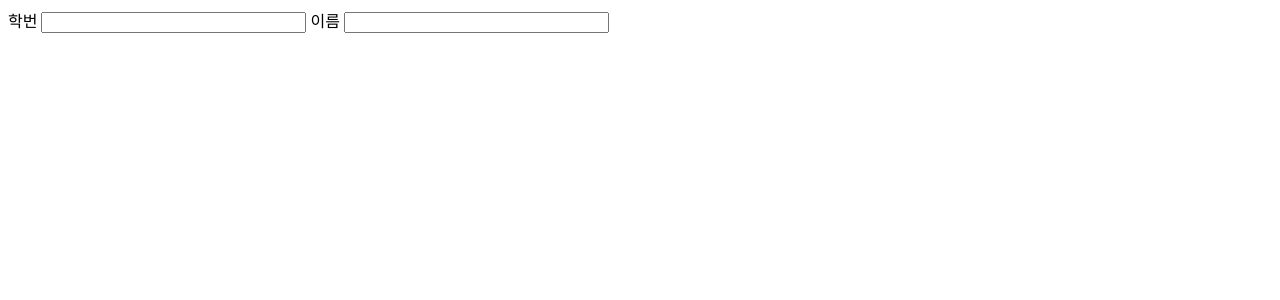
Repository: cccf777/-
Page: http://localhost/hrd0422/junhbo/hakDelete.jsp
The author's editor kept a copy of each file at every save. The page is drawn from the files as they stood at one save, then again after the next save.
The browser window is 1280 px wide. The pictures show the whole page.
The page is served by Tomcat 9.

Above is the page before, as saved 2021-04-26 03:29:33.

After the next save:
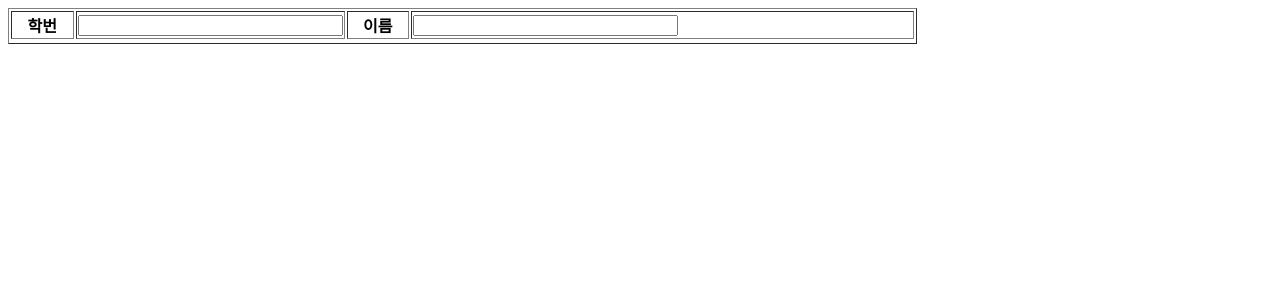
Saved 37 s later.
--- a/workspace/hrd0422/src/main/webapp/junhbo/hakDelete.jsp
+++ b/workspace/hrd0422/src/main/webapp/junhbo/hakDelete.jsp
@@ -8,6 +8,7 @@
 </head>
 <body>
 <form name=form method=post action="hakDeleteProcess.jsp">
+<table border=1>
 <tr>
 <th>학번</th>
 <td width=30%><input type=text name=id size=30 id=in></td>
@@ -18,6 +19,7 @@
 
 
 </tr>
+</table>
 </form>
 </body>
 </html>
